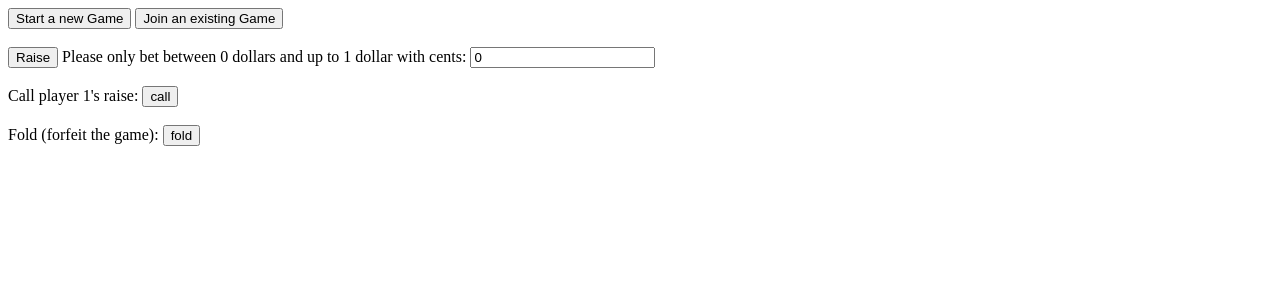
Repository: J2EEBeliever/ISA681_Poker2
Page: http://localhost/StrutsAjax/WEB-INF/game.jsp
The author's editor kept a copy of each file at every save. The page is drawn from the files as they stood at one save, then again after the next save.
The browser window is 1280 px wide. The pictures show the whole page.
The page is served by Tomcat 9. Nobody is signed in. The template is opened directly, without the code that normally fills it, so the values that code supplies are empty.

Above is the page before, as saved 2015-12-13 16:45:10.

After the next save:
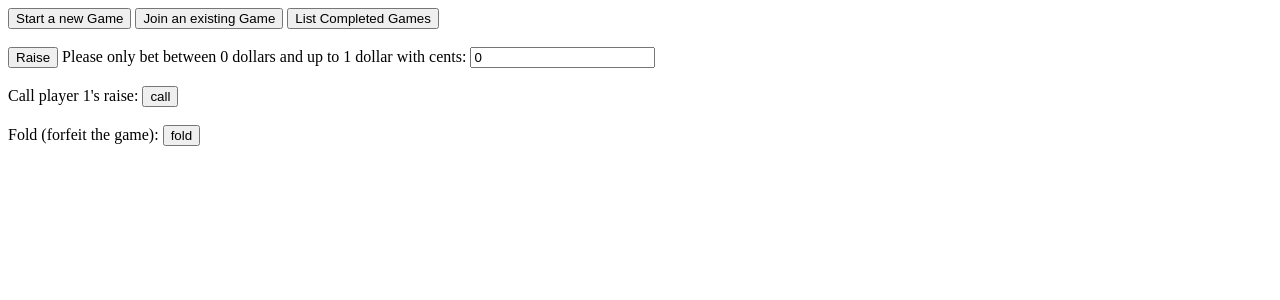
Saved 10 min 4 s later.
--- a/SOURCE/StrutsAjax/WebContent/WEB-INF/game.jsp
+++ b/SOURCE/StrutsAjax/WebContent/WEB-INF/game.jsp
@@ -382,6 +382,7 @@ $(document).ready(function() {
 	<input type="button" value="Start a new Game" id="buttonNewGame">
 	<!-- input type="button" value="Join an existing Game" id="buttonJoinGame" -->
 	<input type="button" value="Join an existing Game" id="buttonJoinGame2">
+	<input type="button" value="List Completed Games" id="buttonListCompletedGames">
 
 	<BR>
 	<BR>
